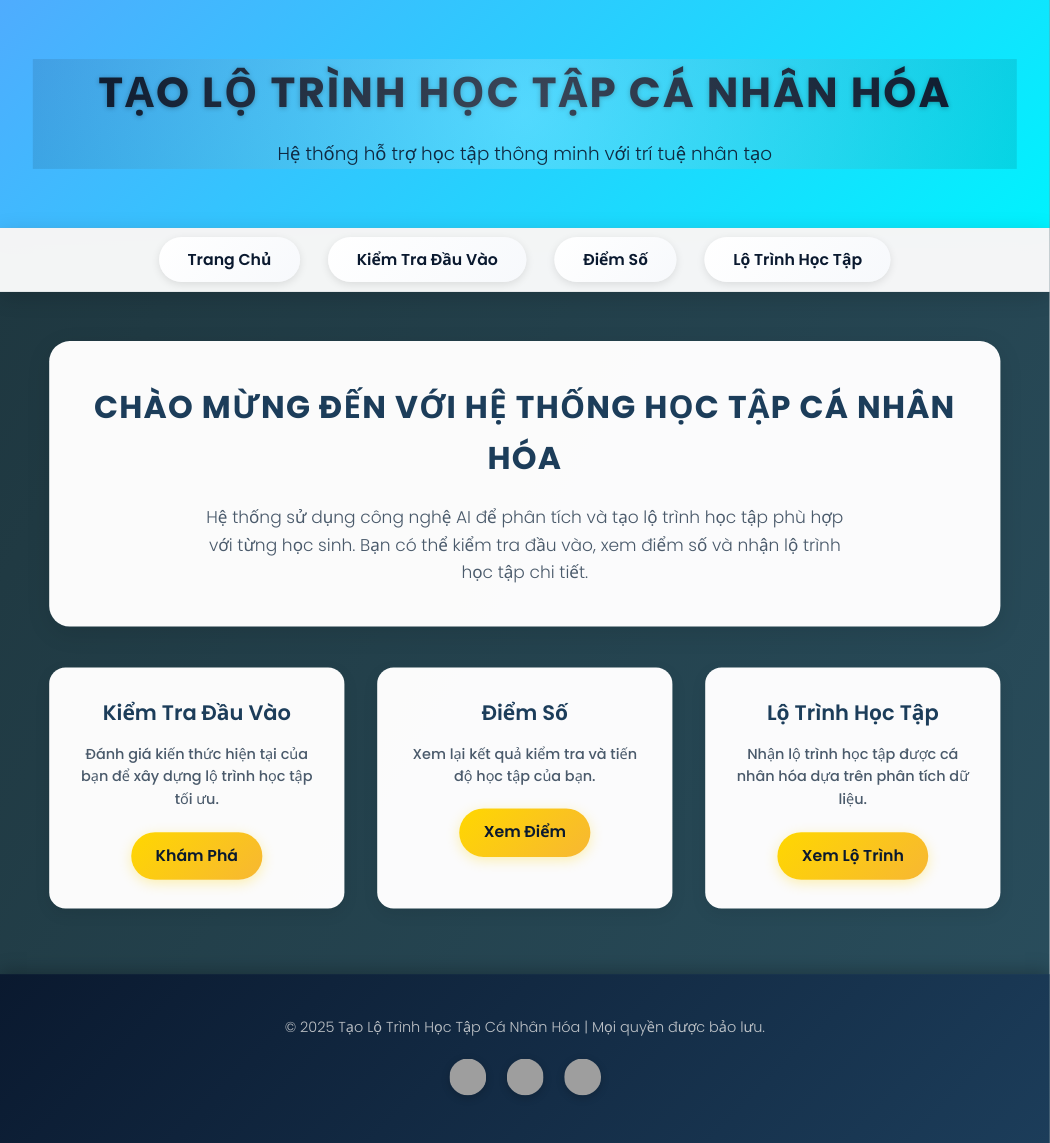
Repository: quankenda73/Prject_Final
Page: INDEX/input.html
The author's editor kept a copy of each file at every save. The page is drawn from the files as they stood at one save, then again after the next save.
The browser window is 1280 px wide. The pictures show the whole page, at 82% of full size.
Pictures or frames that could not be fetched are drawn as grey boxes.

Above is the page before, as saved 2025-03-24 16:23:18.

### INDEX/input.html
<!DOCTYPE html>
<html lang="vi">
<head>
    <meta charset="UTF-8">
    <meta name="viewport" content="width=device-width, initial-scale=1.0">
    <title>Trang Chủ - Tạo Lộ Trình Học Tập Cá Nhân Hóa</title>
    <link rel="stylesheet" href="../CSS/input.css">
    <link href="https://fonts.googleapis.com/css2?family=Poppins:wght@300;500;600;700&display=swap" rel="stylesheet">
</head>
<body>
<header>
    <div class="header-container">
        <h1>Tạo Lộ Trình Học Tập Cá Nhân Hóa</h1>
        <p>Hệ thống hỗ trợ học tập thông minh với trí tuệ nhân tạo</p>
    </div>
</header>

<nav>
    <a href="Home_Page.html">Trang Chủ</a>
    <a href="input-test.html">Kiểm Tra Đầu Vào</a>
    <a href="scores.html">Điểm Số</a>
    <a href="lotrinhhoctap.html">Lộ Trình Học Tập</a>
</nav>

<main>
    <section>
        <h2>Chào Mừng Đến Với Hệ Thống Học Tập Cá Nhân Hóa</h2>
        <p>
            Hệ thống sử dụng công nghệ AI để phân tích và tạo lộ trình học tập phù hợp với từng học sinh.
            Bạn có thể kiểm tra đầu vào, xem điểm số và nhận lộ trình học tập chi tiết.
        </p>
    </section>

    <div class="features">
        <div class="feature">
            <h3>Kiểm Tra Đầu Vào</h3>
            <p>Đánh giá kiến thức hiện tại của bạn để xây dựng lộ trình học tập tối ưu.</p>
            <a href="input-test.html" class="btn">Khám Phá</a>
        </div>
        <div class="feature">
            <h3>Điểm Số</h3>
            <p>Xem lại kết quả kiểm tra và tiến độ học tập của bạn.</p>
            <a href="scores.html" class="btn">Xem Điểm</a>
        </div>
        <div class="feature">
            <h3>Lộ Trình Học Tập</h3>
            <p>Nhận lộ trình học tập được cá nhân hóa dựa trên phân tích dữ liệu.</p>
            <a href="lotrinhhoctap.html" class="btn">Xem Lộ Trình</a>
        </div>
    </div>
</main>

<footer class="footer-container">
    <p>© 2025 Tạo Lộ Trình Học Tập Cá Nhân Hóa | Mọi quyền được bảo lưu.</p>
    <div class="social-icons">
        <a href="https://facebook.com" target="_blank">
            <img src="https://tse2.mm.bing.net/th?id=OIP.B1hpCXHYUBPSso6W4q9XpgHaHa&pid=Api&P=0&h=180" alt="Facebook" title="Facebook">
        </a>
        <a href="https://twitter.com" target="_blank">
            <img src="https://tse3.mm.bing.net/th?id=OIP.s5ujrdq0imWUFoiH0lWbNwHaHa&pid=Api&P=0&h=180" alt="Twitter" title="Twitter">
        </a>
        <a href="https://linkedin.com" target="_blank">
            <img src="https://static-00.iconduck.com/assets.00/linkedin-icon-1024x1024-z5dvl47c.png" alt="LinkedIn" title="LinkedIn">
        </a>
    </div>
</footer>
</body>
</html>

### CSS/input.css
/* input.css */
* {
    margin: 0;
    padding: 0;
    box-sizing: border-box;
    font-family: 'Poppins', 'Segoe UI', Arial, sans-serif;
}

/* Body */
body {
    background: linear-gradient(120deg, #0f2027, #203a43, #2c5364);
    background-size: 200% 200%;
    animation: gradientFlow 20s ease infinite;
    color: #e6e6e6;
    line-height: 1.6;
    overflow-x: hidden;
    position: relative;
}

/* Hiệu ứng nền động */
@keyframes gradientFlow {
    0% { background-position: 0% 0%; }
    50% { background-position: 100% 100%; }
    100% { background-position: 0% 0%; }
}

/* Header */
header {
    background: linear-gradient(135deg, #4facfe, #00f2fe); /* Gradient xanh dương nhạt và xanh ngọc sáng */
    color: #0a192f; /* Đổi màu chữ sang tối để nổi trên nền sáng */
    padding: 4.5rem 0;
    text-align: center;
    position: relative;
    box-shadow: 0 6px 25px rgba(0, 0, 0, 0.2);
    overflow: hidden;
}

.header-container::before {
    content: '';
    position: absolute;
    top: 0;
    left: 0;
    width: 100%;
    height: 100%;
    background: radial-gradient(circle, rgba(255, 255, 255, 0.2) 0%, rgba(0, 0, 0, 0.1) 100%);
    z-index: 0;
}

.header-container {
    max-width: 1200px;
    margin: 0 auto;
    padding: 0 20px;
    position: relative;
    z-index: 1;
}

.header-container h1 {
    font-size: 3.2rem;
    margin-bottom: 1rem;
    font-weight: 700;
    text-transform: uppercase;
    letter-spacing: 2.5px;
    animation: fadeInDown 1s ease;
    text-shadow: 0 2px 6px rgba(0, 0, 0, 0.3);
}

.header-container p {
    font-size: 1.4rem;
    max-width: 800px;
    margin: 0 auto;
    opacity: 0.9;
    font-weight: 300;
}

/* Navigation */
nav {
    background: rgba(255, 255, 255, 0.95);
    padding: 1.5rem 0;
    box-shadow: 0 6px 25px rgba(0, 0, 0, 0.15);
    position: sticky;
    top: 0;
    z-index: 1000;
    text-align: center;
}

nav a {
    color: #0a192f;
    text-decoration: none;
    padding: 14px 35px;
    margin: 0 15px;
    border-radius: 50px;
    font-weight: 600;
    font-size: 1.2rem;
    transition: all 0.4s ease;
    background: linear-gradient(135deg, #ffffff, #f7f9fc);
    box-shadow: 0 3px 10px rgba(0, 0, 0, 0.1);
    position: relative;
    overflow: hidden;
}

nav a:hover {
    background: linear-gradient(135deg, #ffd700, #f7b733);
    color: #0a192f;
    transform: translateY(-4px);
    box-shadow: 0 8px 25px rgba(255, 215, 0, 0.4);
}

/* Main Content */
main {
    max-width: 1200px;
    margin: 60px auto;
    padding: 0 20px;
}

section {
    background: rgba(255, 255, 255, 0.98);
    padding: 50px;
    border-radius: 25px;
    box-shadow: 0 8px 30px rgba(0, 0, 0, 0.1);
    text-align: center;
    margin-bottom: 50px;
    transition: transform 0.3s ease, box-shadow 0.3s ease;
}

section:hover {
    transform: translateY(-10px);
    box-shadow: 0 12px 40px rgba(0, 0, 0, 0.15);
}

section h2 {
    color: #1c3d5a;
    font-size: 2.4rem;
    margin-bottom: 25px;
    font-weight: 700;
    text-transform: uppercase;
    letter-spacing: 1.5px;
}

section p {
    font-size: 1.3rem;
    color: #4a5a6b;
    max-width: 800px;
    margin: 0 auto;
    font-weight: 300;
}

/* Features Section */
.features {
    display: grid;
    grid-template-columns: repeat(auto-fit, minmax(300px, 1fr));
    gap: 40px;
    margin-top: 30px;
}

.feature {
    background: rgba(255, 255, 255, 0.98);
    padding: 35px;
    border-radius: 20px;
    box-shadow: 0 6px 20px rgba(0, 0, 0, 0.08);
    text-align: center;
    transition: transform 0.3s ease, box-shadow 0.3s ease;
}

.feature:hover {
    transform: translateY(-8px);
    box-shadow: 0 10px 30px rgba(0, 0, 0, 0.12);
}

.feature h3 {
    color: #1c3d5a;
    font-size: 1.6rem;
    margin-bottom: 15px;
    font-weight: 600;
}

.feature p {
    font-size: 1.1rem;
    color: #4a5a6b;
    margin-bottom: 25px;
}

.btn {
    display: inline-block;
    padding: 14px 30px;
    background: linear-gradient(135deg, #ffd700, #f7b733);
    color: #0a192f;
    text-decoration: none;
    border-radius: 30px;
    font-size: 1.2rem;
    font-weight: 600;
    transition: all 0.4s ease;
    box-shadow: 0 4px 15px rgba(255, 215, 0, 0.3);
}

.btn:hover {
    background: linear-gradient(135deg, #f7b733, #ffd700);
    transform: scale(1.05);
    box-shadow: 0 8px 25px rgba(255, 215, 0, 0.5);
}

/* Footer */
.footer-container {
    background: linear-gradient(135deg, #0a192f, #1c3d5a);
    color: #e6e6e6;
    text-align: center;
    padding: 50px 0;
    margin-top: 80px;
    box-shadow: 0 -4px 20px rgba(0, 0, 0, 0.25);
}

.footer-container p {
    font-size: 1.1rem;
    opacity: 0.8;
    font-weight: 300;
    margin-bottom: 25px;
}

.social-icons {
    display: flex;
    justify-content: center;
    gap: 25px;
}

.social-icons a {
    display: inline-block;
    transition: transform 0.3s ease;
}

.social-icons img {
    width: 45px;
    height: 45px;
    border-radius: 50%;
    box-shadow: 0 3px 10px rgba(0, 0, 0, 0.2);
    transition: all 0.3s ease;
}

.social-icons a:hover img {
    transform: scale(1.2);
    box-shadow: 0 6px 20px rgba(0, 0, 0, 0.3);
}

/* Animations */
@keyframes fadeInDown {
    from { opacity: 0; transform: translateY(-20px); }
    to { opacity: 1; transform: translateY(0); }
}

@keyframes gradientFlow {
    0% { background-position: 0% 0%; }
    50% { background-position: 100% 100%; }
    100% { background-position: 0% 0%; }
}

/* Responsive Design */
@media (max-width: 768px) {
    header {
        padding: 3rem 0;
    }

    .header-container h1 {
        font-size: 2.4rem;
    }

    .header-container p {
        font-size: 1.2rem;
        padding: 0 20px;
    }

    nav {
        padding: 1rem 0;
    }

    nav a {
        display: block;
        margin: 12px 0;
        padding: 12px 25px;
        font-size: 1.1rem;
    }

    section {
        padding: 30px;
        margin-bottom: 30px;
    }

    section h2 {
        font-size: 2rem;
    }

    .features {
        grid-template-columns: 1fr;
        gap: 25px;
    }

    .feature {
        padding: 25px;
    }

    .feature h3 {
        font-size: 1.4rem;
    }

    .btn {
        padding: 12px 25px;
        font-size: 1.1rem;
    }

    .social-icons img {
        width: 40px;
        height: 40px;
    }
}

After the next save:
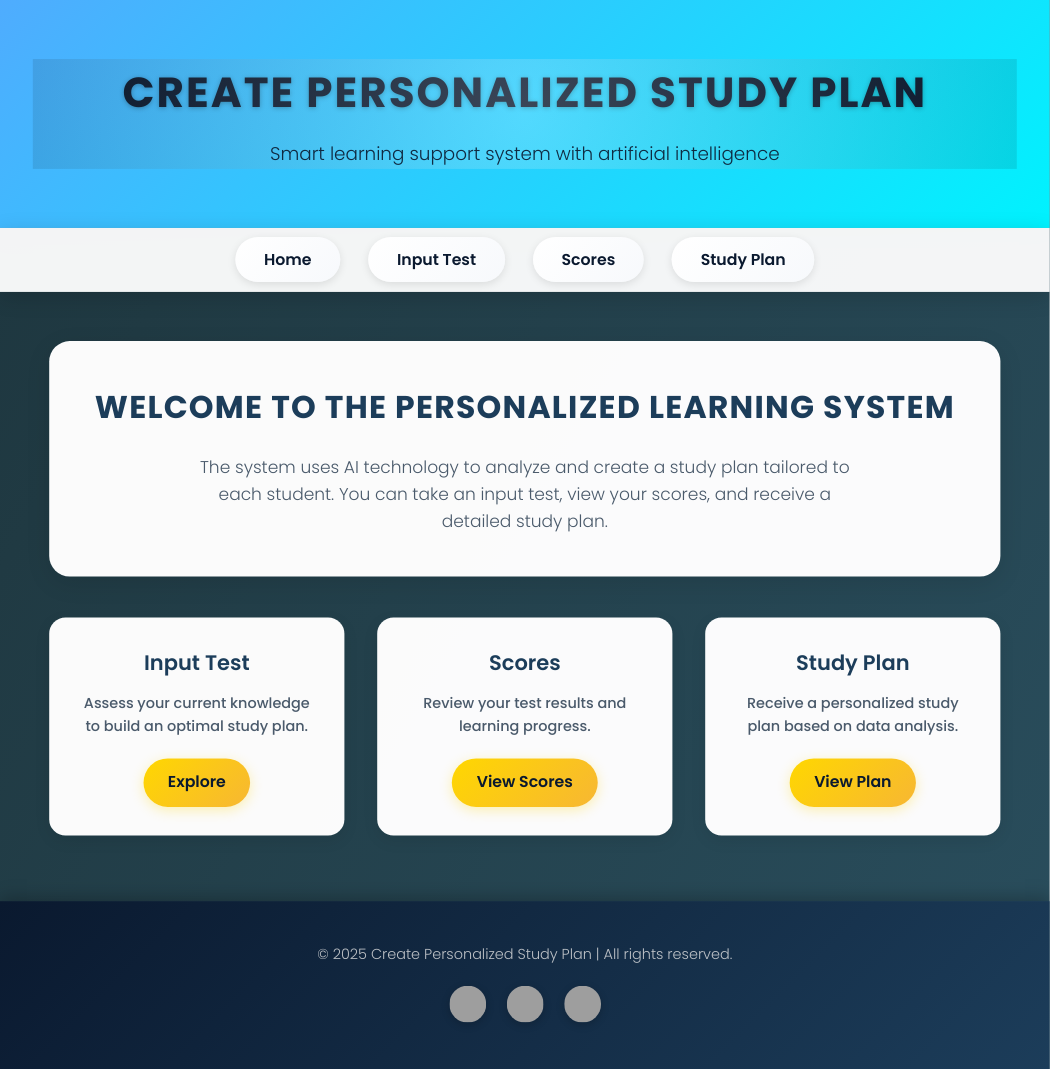
Saved 3 min 45 s later.
--- a/INDEX/input.html
+++ b/INDEX/input.html
@@ -1,57 +1,57 @@
 <!DOCTYPE html>
-<html lang="vi">
+<html lang="en">
 <head>
     <meta charset="UTF-8">
     <meta name="viewport" content="width=device-width, initial-scale=1.0">
-    <title>Trang Chủ - Tạo Lộ Trình Học Tập Cá Nhân Hóa</title>
+    <title>Home - Create Personalized Study Plan</title>
     <link rel="stylesheet" href="../CSS/input.css">
     <link href="https://fonts.googleapis.com/css2?family=Poppins:wght@300;500;600;700&display=swap" rel="stylesheet">
 </head>
 <body>
 <header>
     <div class="header-container">
-        <h1>Tạo Lộ Trình Học Tập Cá Nhân Hóa</h1>
-        <p>Hệ thống hỗ trợ học tập thông minh với trí tuệ nhân tạo</p>
+        <h1>Create Personalized Study Plan</h1>
+        <p>Smart learning support system with artificial intelligence</p>
     </div>
 </header>
 
 <nav>
-    <a href="Home_Page.html">Trang Chủ</a>
-    <a href="input-test.html">Kiểm Tra Đầu Vào</a>
-    <a href="scores.html">Điểm Số</a>
-    <a href="lotrinhhoctap.html">Lộ Trình Học Tập</a>
+    <a href="Home_Page.html">Home</a>
+    <a href="input-test.html">Input Test</a>
+    <a href="scores.html">Scores</a>
+    <a href="lotrinhhoctap.html">Study Plan</a>
 </nav>
 
 <main>
     <section>
-        <h2>Chào Mừng Đến Với Hệ Thống Học Tập Cá Nhân Hóa</h2>
+        <h2>Welcome to the Personalized Learning System</h2>
         <p>
-            Hệ thống sử dụng công nghệ AI để phân tích và tạo lộ trình học tập phù hợp với từng học sinh.
-            Bạn có thể kiểm tra đầu vào, xem điểm số và nhận lộ trình học tập chi tiết.
+            The system uses AI technology to analyze and create a study plan tailored to each student.
+            You can take an input test, view your scores, and receive a detailed study plan.
         </p>
     </section>
 
     <div class="features">
         <div class="feature">
-            <h3>Kiểm Tra Đầu Vào</h3>
-            <p>Đánh giá kiến thức hiện tại của bạn để xây dựng lộ trình học tập tối ưu.</p>
-            <a href="input-test.html" class="btn">Khám Phá</a>
+            <h3>Input Test</h3>
+            <p>Assess your current knowledge to build an optimal study plan.</p>
+            <a href="input-test.html" class="btn">Explore</a>
         </div>
         <div class="feature">
-            <h3>Điểm Số</h3>
-            <p>Xem lại kết quả kiểm tra và tiến độ học tập của bạn.</p>
-            <a href="scores.html" class="btn">Xem Điểm</a>
+            <h3>Scores</h3>
+            <p>Review your test results and learning progress.</p>
+            <a href="scores.html" class="btn">View Scores</a>
         </div>
         <div class="feature">
-            <h3>Lộ Trình Học Tập</h3>
-            <p>Nhận lộ trình học tập được cá nhân hóa dựa trên phân tích dữ liệu.</p>
-            <a href="lotrinhhoctap.html" class="btn">Xem Lộ Trình</a>
+            <h3>Study Plan</h3>
+            <p>Receive a personalized study plan based on data analysis.</p>
+            <a href="lotrinhhoctap.html" class="btn">View Plan</a>
         </div>
     </div>
 </main>
 
 <footer class="footer-container">
-    <p>© 2025 Tạo Lộ Trình Học Tập Cá Nhân Hóa | Mọi quyền được bảo lưu.</p>
+    <p>© 2025 Create Personalized Study Plan | All rights reserved.</p>
     <div class="social-icons">
         <a href="https://facebook.com" target="_blank">
             <img src="https://tse2.mm.bing.net/th?id=OIP.B1hpCXHYUBPSso6W4q9XpgHaHa&pid=Api&P=0&h=180" alt="Facebook" title="Facebook">

After the save that followed:
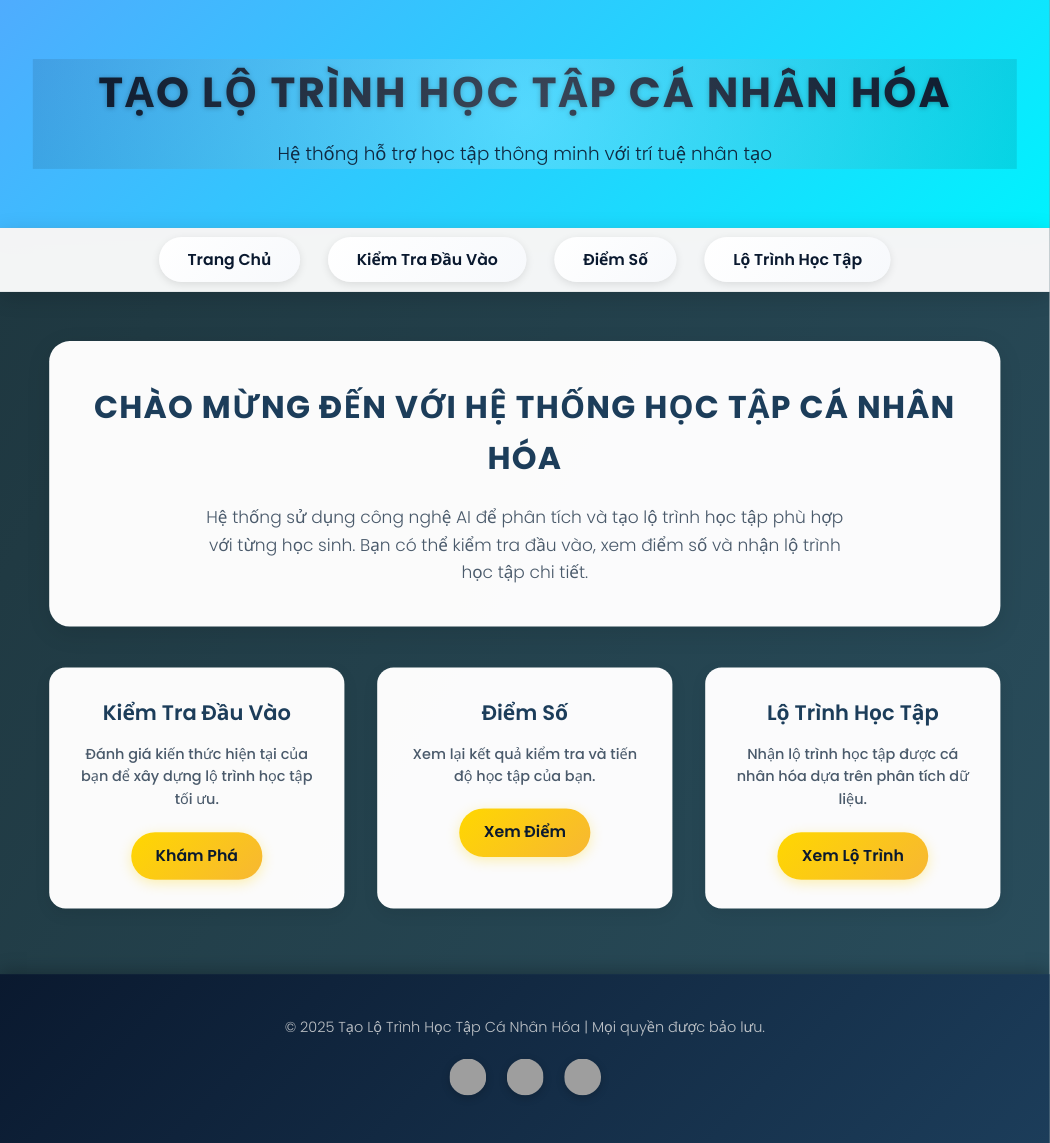
Saved 94 s later.
--- a/INDEX/input.html
+++ b/INDEX/input.html
@@ -1,57 +1,57 @@
 <!DOCTYPE html>
-<html lang="en">
+<html lang="vi">
 <head>
     <meta charset="UTF-8">
     <meta name="viewport" content="width=device-width, initial-scale=1.0">
-    <title>Home - Create Personalized Study Plan</title>
+    <title>Trang Chủ - Tạo Lộ Trình Học Tập Cá Nhân Hóa</title>
     <link rel="stylesheet" href="../CSS/input.css">
     <link href="https://fonts.googleapis.com/css2?family=Poppins:wght@300;500;600;700&display=swap" rel="stylesheet">
 </head>
 <body>
 <header>
     <div class="header-container">
-        <h1>Create Personalized Study Plan</h1>
-        <p>Smart learning support system with artificial intelligence</p>
+        <h1>Tạo Lộ Trình Học Tập Cá Nhân Hóa</h1>
+        <p>Hệ thống hỗ trợ học tập thông minh với trí tuệ nhân tạo</p>
     </div>
 </header>
 
 <nav>
-    <a href="Home_Page.html">Home</a>
-    <a href="input-test.html">Input Test</a>
-    <a href="scores.html">Scores</a>
-    <a href="lotrinhhoctap.html">Study Plan</a>
+    <a href="Home_Page.html">Trang Chủ</a>
+    <a href="input-test.html">Kiểm Tra Đầu Vào</a>
+    <a href="scores.html">Điểm Số</a>
+    <a href="lotrinhhoctap.html">Lộ Trình Học Tập</a>
 </nav>
 
 <main>
     <section>
-        <h2>Welcome to the Personalized Learning System</h2>
+        <h2>Chào Mừng Đến Với Hệ Thống Học Tập Cá Nhân Hóa</h2>
         <p>
-            The system uses AI technology to analyze and create a study plan tailored to each student.
-            You can take an input test, view your scores, and receive a detailed study plan.
+            Hệ thống sử dụng công nghệ AI để phân tích và tạo lộ trình học tập phù hợp với từng học sinh.
+            Bạn có thể kiểm tra đầu vào, xem điểm số và nhận lộ trình học tập chi tiết.
         </p>
     </section>
 
     <div class="features">
         <div class="feature">
-            <h3>Input Test</h3>
-            <p>Assess your current knowledge to build an optimal study plan.</p>
-            <a href="input-test.html" class="btn">Explore</a>
+            <h3>Kiểm Tra Đầu Vào</h3>
+            <p>Đánh giá kiến thức hiện tại của bạn để xây dựng lộ trình học tập tối ưu.</p>
+            <a href="input-test.html" class="btn">Khám Phá</a>
         </div>
         <div class="feature">
-            <h3>Scores</h3>
-            <p>Review your test results and learning progress.</p>
-            <a href="scores.html" class="btn">View Scores</a>
+            <h3>Điểm Số</h3>
+            <p>Xem lại kết quả kiểm tra và tiến độ học tập của bạn.</p>
+            <a href="scores.html" class="btn">Xem Điểm</a>
         </div>
         <div class="feature">
-            <h3>Study Plan</h3>
-            <p>Receive a personalized study plan based on data analysis.</p>
-            <a href="lotrinhhoctap.html" class="btn">View Plan</a>
+            <h3>Lộ Trình Học Tập</h3>
+            <p>Nhận lộ trình học tập được cá nhân hóa dựa trên phân tích dữ liệu.</p>
+            <a href="lotrinhhoctap.html" class="btn">Xem Lộ Trình</a>
         </div>
     </div>
 </main>
 
 <footer class="footer-container">
-    <p>© 2025 Create Personalized Study Plan | All rights reserved.</p>
+    <p>© 2025 Tạo Lộ Trình Học Tập Cá Nhân Hóa | Mọi quyền được bảo lưu.</p>
     <div class="social-icons">
         <a href="https://facebook.com" target="_blank">
             <img src="https://tse2.mm.bing.net/th?id=OIP.B1hpCXHYUBPSso6W4q9XpgHaHa&pid=Api&P=0&h=180" alt="Facebook" title="Facebook">
